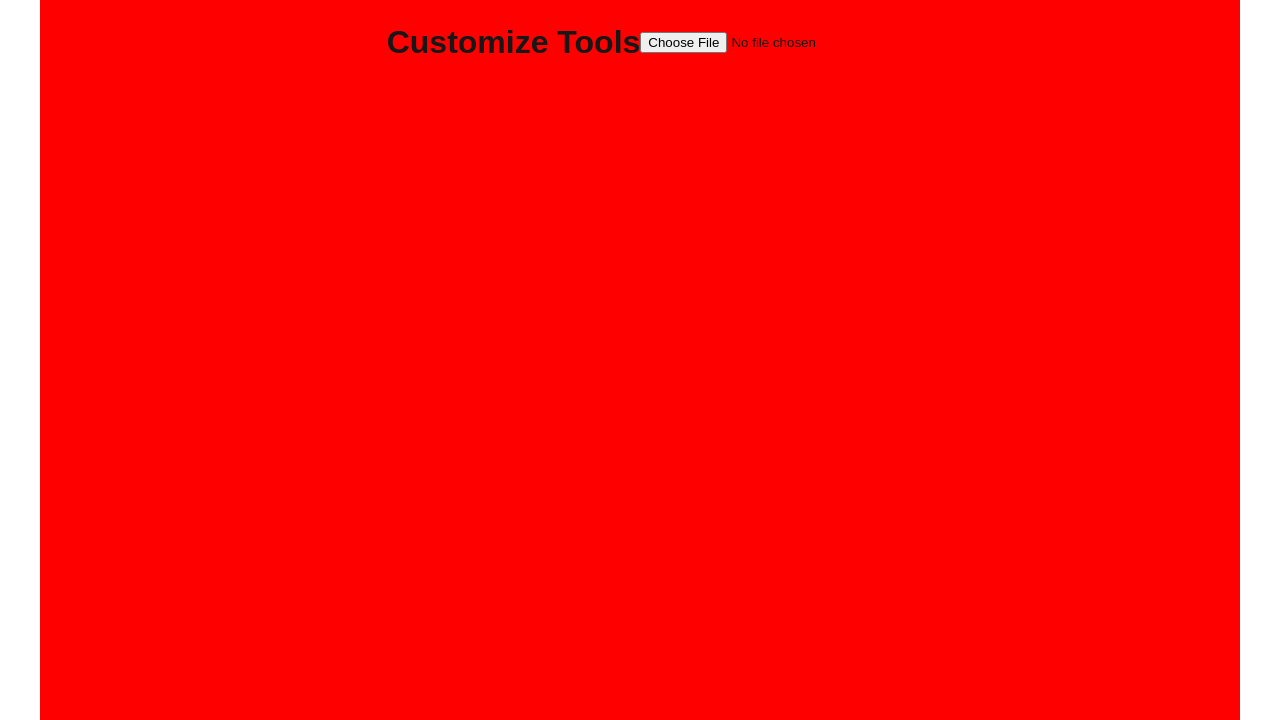
Repository: Sumaiya43/medna-tools
Page: /
The author's editor kept a copy of each file at every save. The page is drawn from the files as they stood at one save, then again after the next save.
The browser window is 1280 px wide. The pictures show the whole page.
The project was rebuilt for these pictures with package versions that can differ from the ones it lists, and the page was loaded fresh each time. The framework's server and built-in components were replaced by stand-ins that run in the browser. Also part of the build but not shown: next.config.mjs.

Above is the page before, as saved 2026-02-26 02:44:57.

### src/app/layout.js
import { Geist, Geist_Mono } from "next/font/google";
import "./globals.css";

const geistSans = Geist({
  variable: "--font-geist-sans",
  subsets: ["latin"],
});

const geistMono = Geist_Mono({
  variable: "--font-geist-mono",
  subsets: ["latin"],
});

export const metadata = {
  title: "Medna Medical Equipment",
  description:
    "Medna Medical Equipment is a leading provider of high-quality medical equipment and supplies. We offer a wide range of products to meet the needs of healthcare professionals and institutions. Our commitment to excellence and customer satisfaction sets us apart in the industry.",
};

export default function RootLayout({ children }) {
  return (
    <html lang="en">
      <body className={`${geistSans.variable} ${geistMono.variable}`}>
        {children}
      </body>
    </html>
  );
}

### src/app/page.js
"use client";
import Image from "next/image";
import styles from "./page.module.css";
import { useState } from "react";

export default function Home() {
  const [imageUrl, setImageUrl] = useState(null);

  const handleUpload = (e) => {
    const file = e.target.files?.[0];
    if (!file) return;

    const url = URL.createObjectURL(file);
    setImageUrl(url);
  };

  return (
    <div className={styles.page}>
      <main className={styles.main}>
        <h1>Customize Tools</h1>

        <input type="file" accept="image/*" onChange={handleUpload} />

        {imageUrl && (
          <div>
            <p>Image Loaded</p>
            <Image src={imageUrl} alt="Uploaded" width={300} height={300} />
          </div>
        )}
      </main>
    </div>
  );
}

### src/app/globals.css
:root {
  --background: #ffffff;
  --foreground: #171717;
}

@media (prefers-color-scheme: dark) {
  :root {
    --background: #f2efef;
    --foreground: #090808;
  }
}

html,
body {
  max-width: 100vw;
  overflow-x: hidden;
}

body {
  color: var(--foreground);
  background: var(--background);
  font-family: Arial, Helvetica, sans-serif;
  -webkit-font-smoothing: antialiased;
  -moz-osx-font-smoothing: grayscale;
}

* {
  box-sizing: border-box;
  padding: 0;
  margin: 0;
}

a {
  color: inherit;
  text-decoration: none;
}

@media (prefers-color-scheme: dark) {
  html {
    color-scheme: dark;
  }
}

### src/app/page.module.css
.page {
  max-width: 1200px;
  height: 100vh;
  margin: 0 auto;
  padding: 24px;
  font-family: Arial, sans-serif;
  background: red;
}

.main {
  display: flex;
  justify-content: center;
  align-items: center;
}

After the next save:
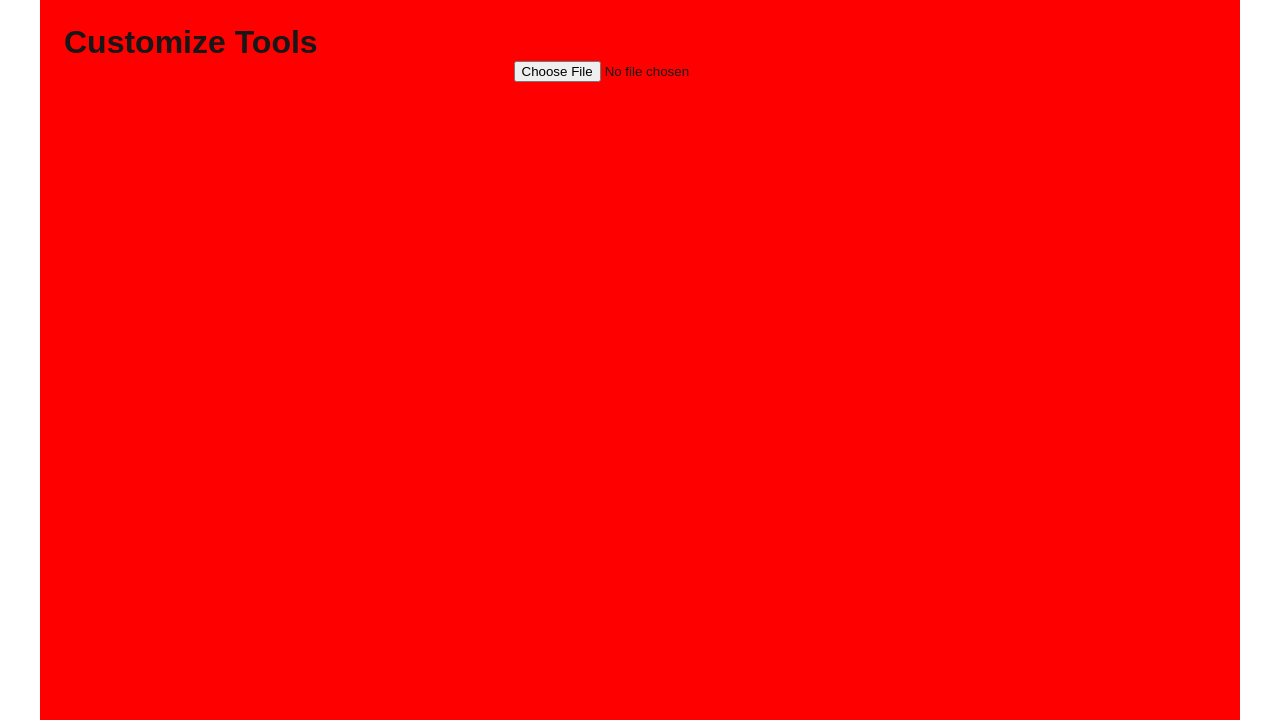
Saved 19 s later.
--- a/src/app/page.js
+++ b/src/app/page.js
@@ -16,9 +16,8 @@
 
   return (
     <div className={styles.page}>
+      <h1>Customize Tools</h1>
       <main className={styles.main}>
-        <h1>Customize Tools</h1>
-
         <input type="file" accept="image/*" onChange={handleUpload} />
 
         {imageUrl && (

After the save that followed:
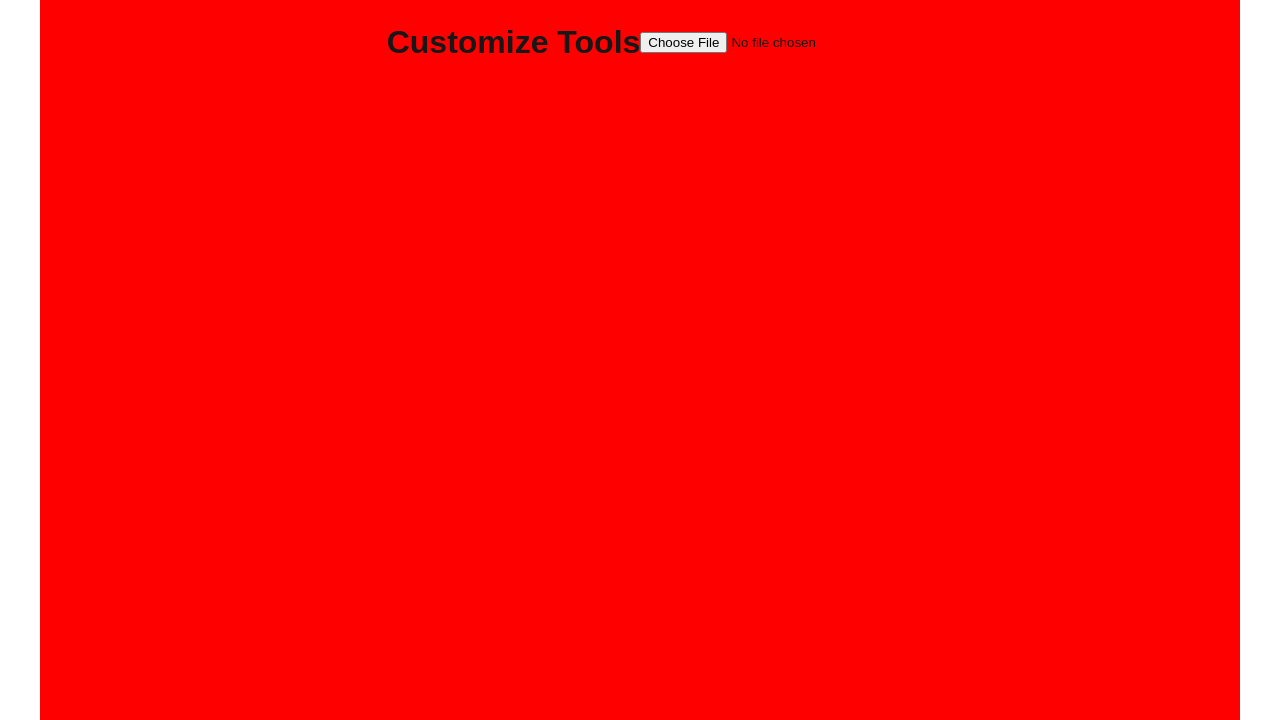
Saved 16 s later.
--- a/src/app/page.js
+++ b/src/app/page.js
@@ -16,8 +16,9 @@
 
   return (
     <div className={styles.page}>
-      <h1>Customize Tools</h1>
       <main className={styles.main}>
+        <h1>Customize Tools</h1>
+
         <input type="file" accept="image/*" onChange={handleUpload} />
 
         {imageUrl && (
